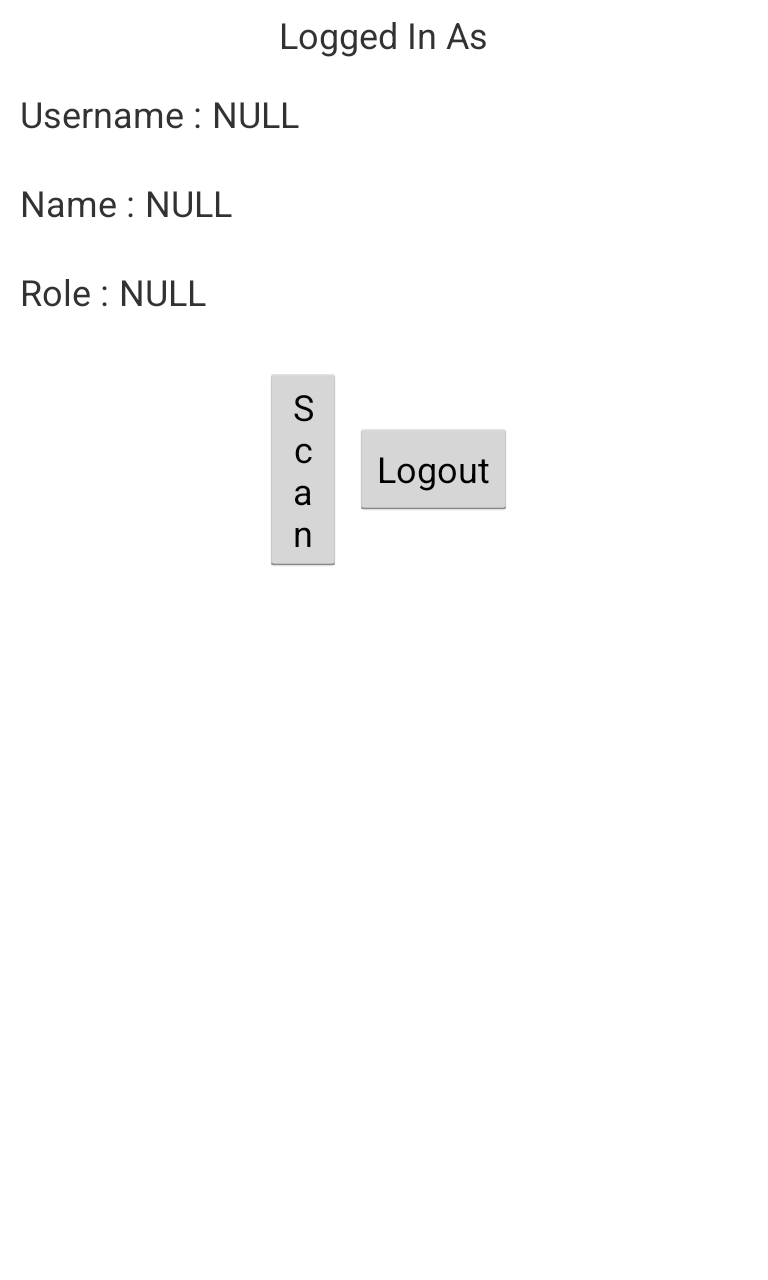
Repository: LennoxAlexion/UID
Layout: Android App/Uid-Project/res/layout/activity_sec_page.xml
These files come from the project's save history. The layout is drawn as it stood at one moment and after the next save; the edit follows.
It is drawn on a 768 x 1280 px phone screen (xhdpi) without system bars, with theme AppTheme; the app's code is not run.

Above is the layout before, as saved 2015-03-29 06:21:29.

After the next save:
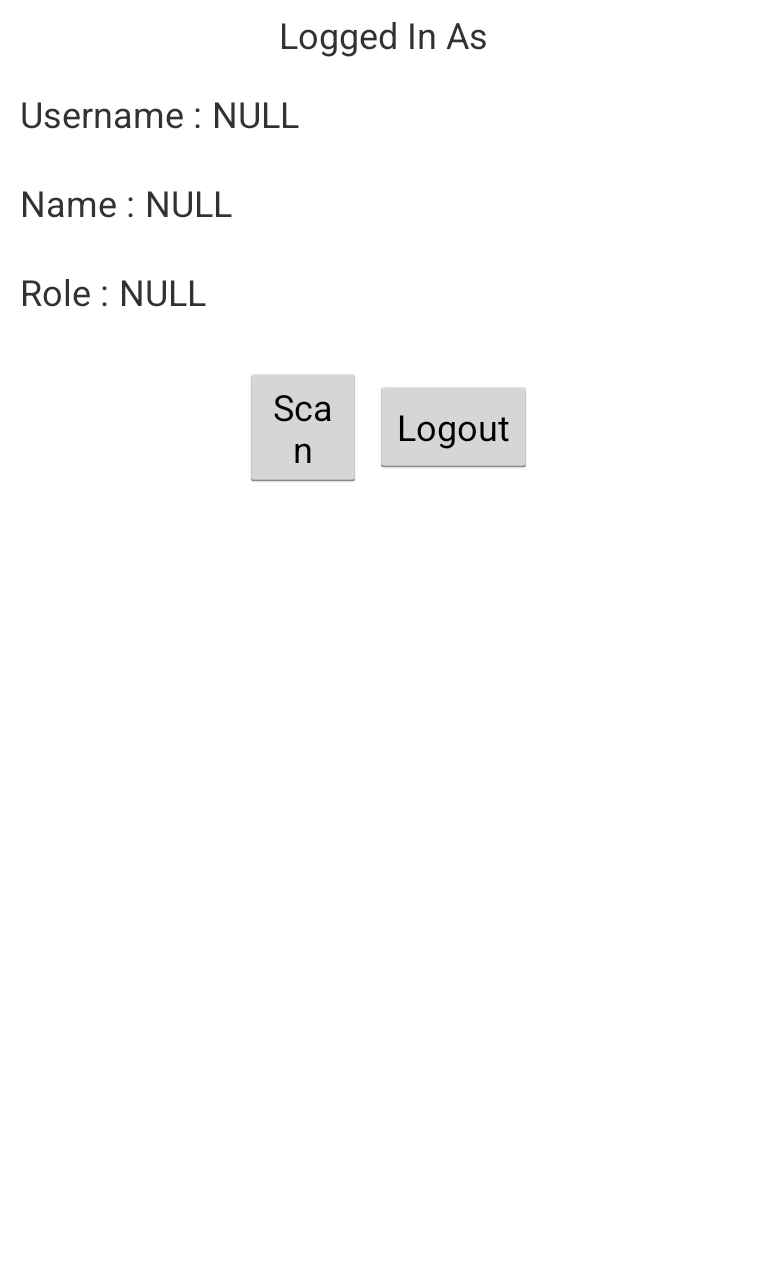
Saved 4 s later.
--- a/Android App/Uid-Project/res/layout/activity_sec_page.xml
+++ b/Android App/Uid-Project/res/layout/activity_sec_page.xml
@@ -90,7 +90,7 @@
 
         <Button
             android:id="@+id/Button_Sec_Page_Scan"
-            android:layout_width="40dp"
+            android:layout_width="60dp"
             android:layout_height="wrap_content"
             android:layout_margin="5dp"
 
